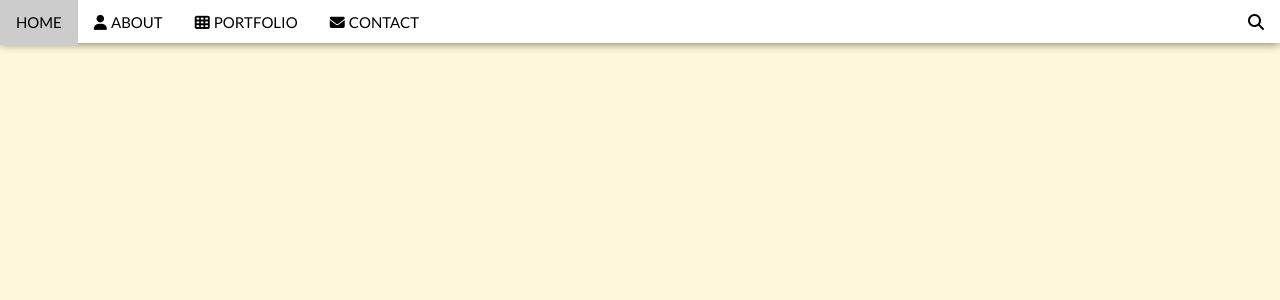
Repository: xd25vn/project-error
Page: index.html
These files come from the project's save history. The page is drawn as it stood at one moment and after the next save; the edit follows.
The browser window is 1280 px wide. The pictures show the whole page.

Above is the page before, as saved 2023-09-02 14:14:43.

After the next save:
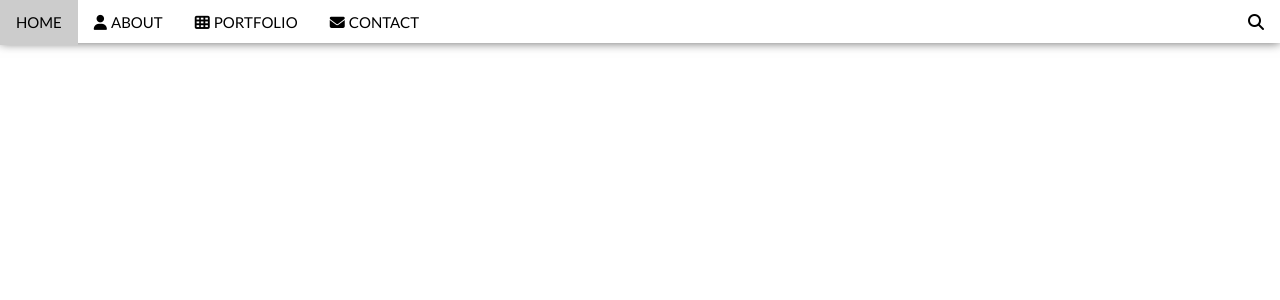
Saved 30 s later.
--- a/assets/base.css
+++ b/assets/base.css
@@ -4,6 +4,6 @@
     box-sizing: border-box;
 }
 body {
-    background-color: #fff8dc;
+    background-color: #fff;
     font-family: "Lato", sans-serif;
 }
